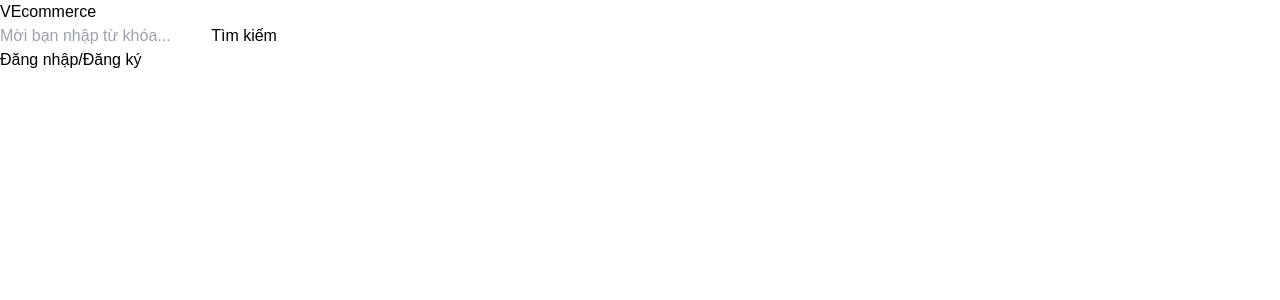
Repository: thienthanhvinh/VEcommerce
Page: public/home.html
These files come from the project's save history. The page is drawn as it stood at one moment and after the next save; the edit follows.
The browser window is 1280 px wide. The pictures show the whole page.

Above is the page before, as saved 2022-11-18 12:42:43.

### public/home.html
<!DOCTYPE html>
<html lang="en">
  <head>
    <meta charset="UTF-8" />
    <meta http-equiv="X-UA-Compatible" content="IE=edge" />
    <meta name="viewport" content="width=device-width, initial-scale=1.0" />
    <title>VEcommerce</title>
    <link rel="stylesheet" href="./css/tailwind.css" />
    <link rel="preconnect" href="https://fonts.googleapis.com" />
    <link rel="preconnect" href="https://fonts.gstatic.com" crossorigin />
    <link
      href="https://fonts.googleapis.com/css2?family=Poppins:wght@300;400;500;600;700&display=swap"
      rel="stylesheet"
    />
  </head>
  <body>
    <div class="">
      <div>
        <h3>VEcommerce</h3>
      </div>
      <div>
        <input type="search" id="" name="" placeholder="Mời bạn nhập từ khóa...">
        <a href="">Tìm kiếm</a>
    </div>
      <div>
        <ion-icon name="person-outline"></ion-icon>
        <p>Đăng nhập/Đăng ký</p>

      </div>
    </div>
  </body>
</html>

Loaded but not shown: public/css/tailwind.css (library)

After the next save:
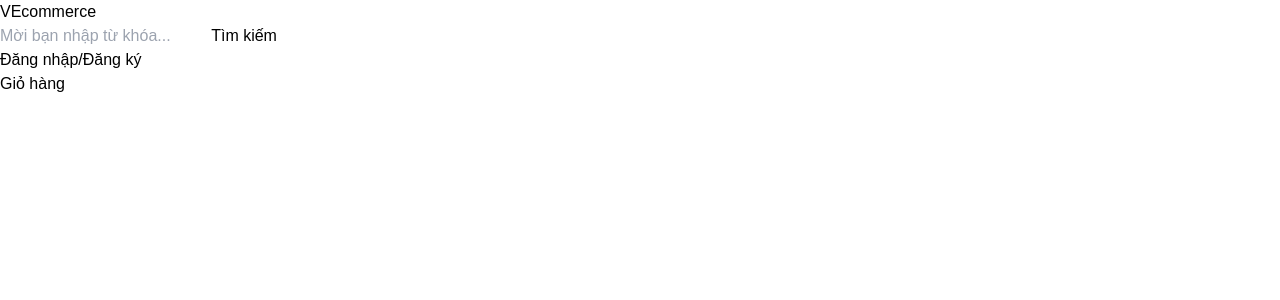
Saved 20 s later.
--- a/public/home.html
+++ b/public/home.html
@@ -25,7 +25,7 @@
       <div>
         <ion-icon name="person-outline"></ion-icon>
         <p>Đăng nhập/Đăng ký</p>
-
+        <p>Giỏ hàng</p>
       </div>
     </div>
   </body>
